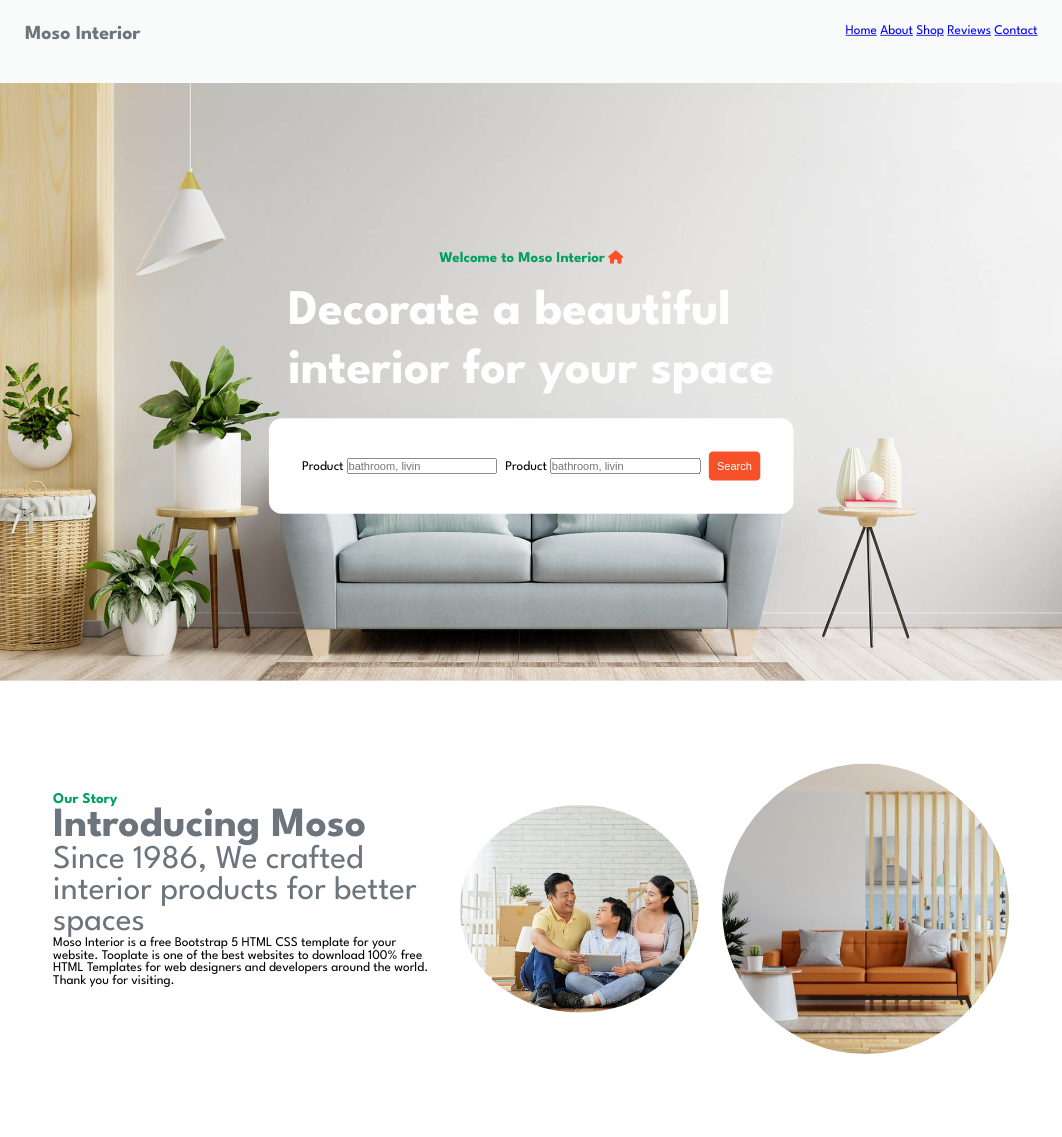
Repository: mariamnabil23/furniture
Page: index.html
These files come from the project's save history. The page is drawn as it stood at one moment and after the next save; the edit follows.
The browser window is 1280 px wide. The pictures show the whole page, at 83% of full size.
Some web fonts or font styles are not loaded; a fallback is used.

Above is the page before, as saved 2024-10-30 16:22:02.

After the next save:
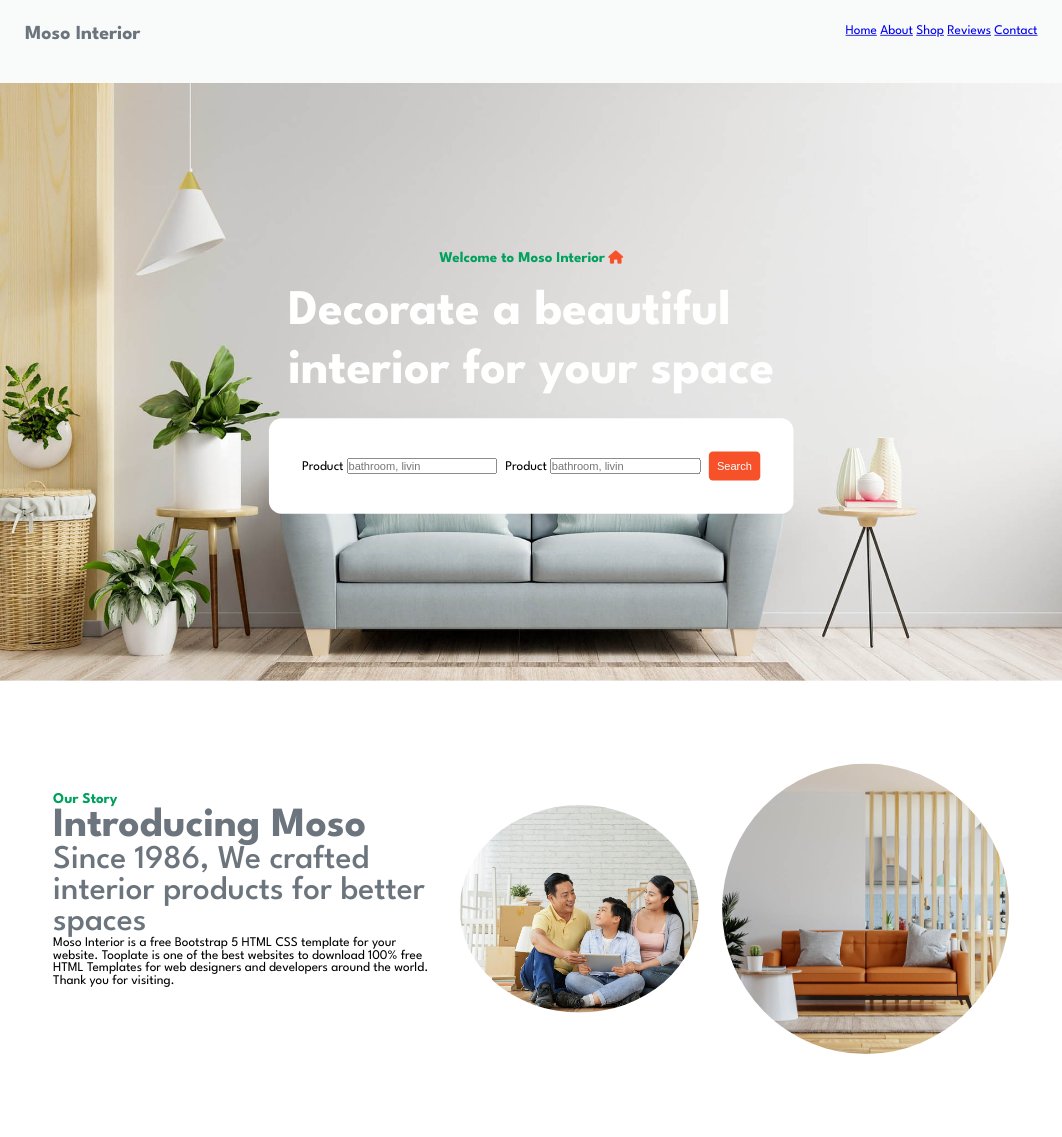
Saved 6 s later.
--- a/style.css
+++ b/style.css
@@ -136,6 +136,6 @@ ul{
 }
 .about .left h2{
     font-size: 40px;
-    font-weight: 400;
+    font-weight: 500;
 
 }
